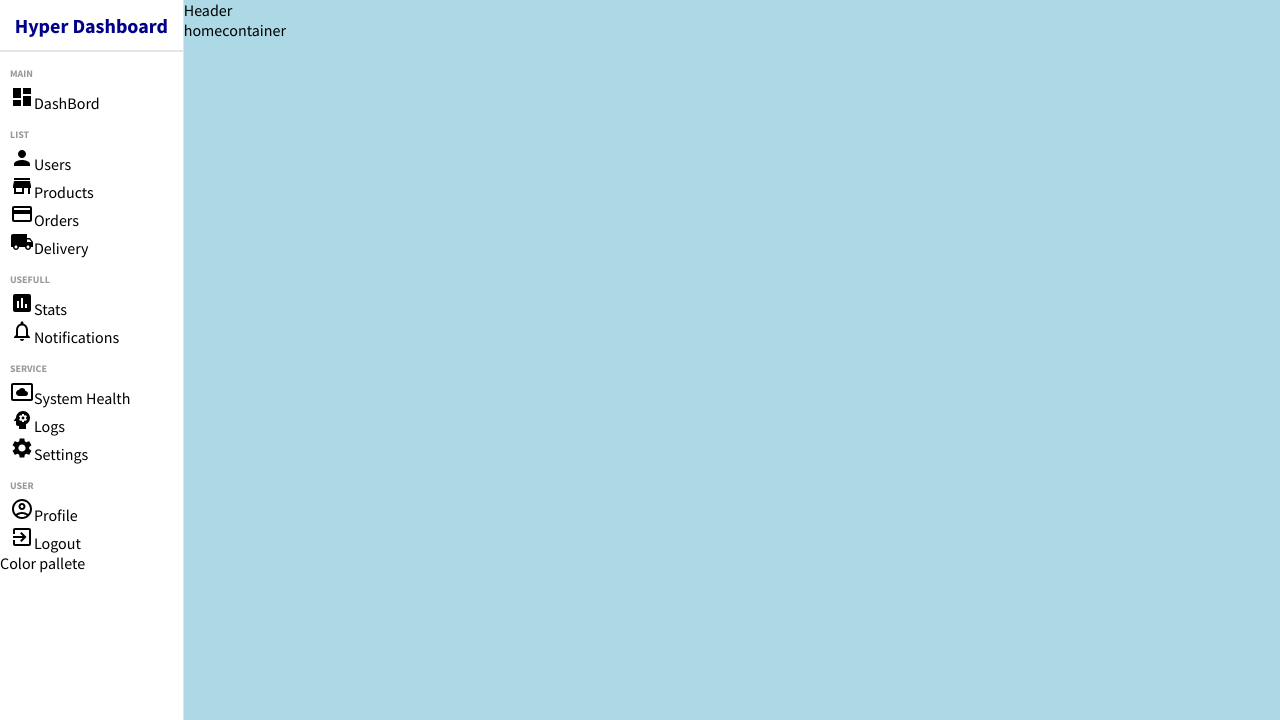
Repository: kenyi-mic/DashBoard
Page: /
These files come from the project's save history. The page is drawn as it stood at one moment and after the next save; the edit follows.
The browser window is 1280 px wide. The pictures show the whole page.
The project was rebuilt for these pictures with package versions that can differ from the ones it lists, and the page was loaded fresh each time. Also part of the build but not shown: src/components/Header/header.scss, src/pages/list/List.jsx. Imported but missing from the stored project, and not drawn on this page: src/pages/login/Login, src/pages/new/New, src/pages/single/Single.

Above is the page before, as saved 2022-05-17 11:12:26.

After the next save:
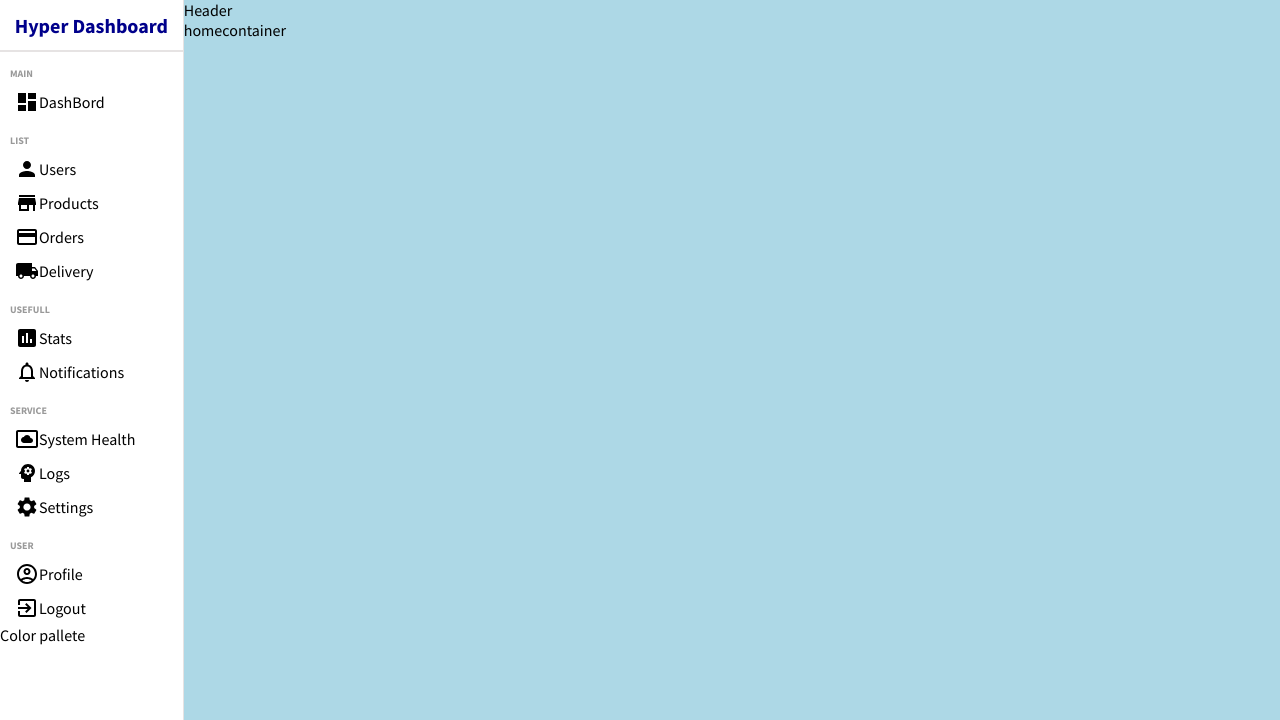
Saved 2 min 50 s later.
--- a/src/components/sidebar/sidebar.scss
+++ b/src/components/sidebar/sidebar.scss
@@ -32,6 +32,14 @@
                 margin-top: 15px;
                 margin-bottom:5px;
             }
+            li{
+                display: flex;
+                align-items: center;
+                padding: 5px;
+                &:hover{
+                    background-color:rgb(212, 212, 224);
+                }
+            }
         }
     }
 }
